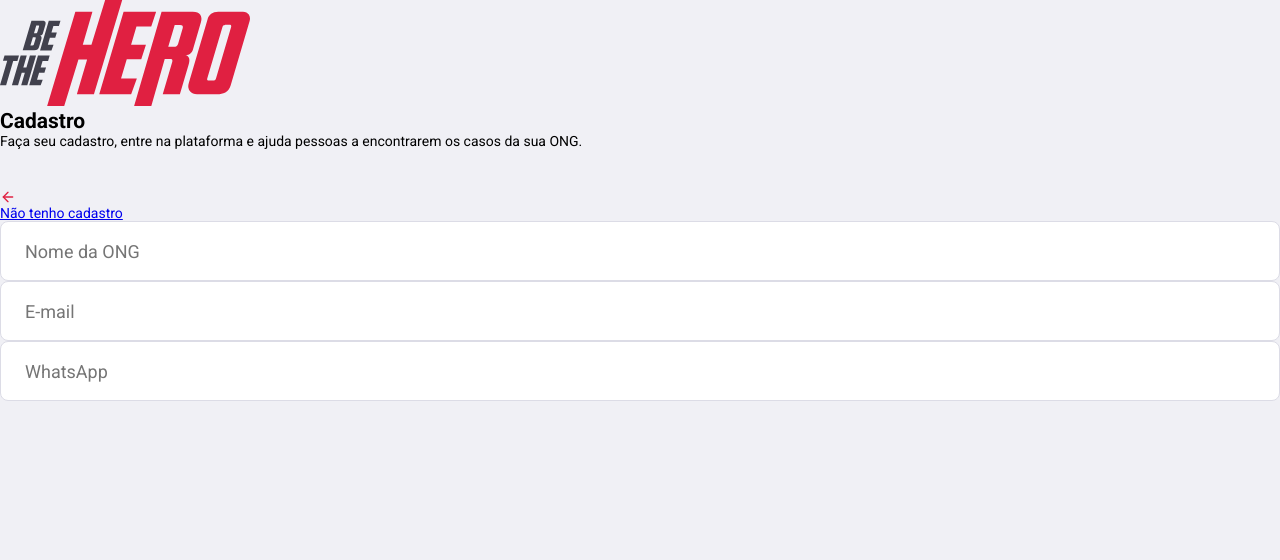
Repository: pedroevangelista/be-the-hero
Page: /register (app in frontend/)
An editor plug-in stored every save of this project. The page is shown before and after the next save, followed by the edit.
The browser window is 1280 px wide. The pictures show the whole page.
The project was rebuilt for these pictures with package versions that can differ from the ones it lists, and the page was loaded fresh each time. Also part of the build but not shown: frontend/src/pages/Logon/styles.css, frontend/src/pages/Logon/index.js, frontend/src/pages/Register/styles.css.

Above is the page before, as saved 2020-03-25 14:05:34.

### frontend/src/App.js
import React from 'react';
import './global.css'
import Routes from './routes';

function App() {

  return (
    <Routes />
  );
}

export default App;

### frontend/src/global.css
@import url('https://fonts.googleapis.com/css?family=Roboto:400,500,700&display=swap');

* {
    margin: 0;
    padding: 0;
    outline: 0;
    box-sizing: border-box;
}

body {
    font: 400 14px Roboto, sans-serif;
    background: #f0f0f5;
    -webkit-font-smoothing: antialiased;
}

input, button, textarea {
    font: 400 18px Roboto, sans-serif;
}

button {
    cursor: pointer
}

form input {
    width: 100%;
    height: 60px;
    color: #333;
    border: 1px solid #dcdce6;
    border-radius: 8px;
    padding: 0 24px;
}

.button {
    width: 100%;
    height: 60px;
    background: #e02041;
    border: 0;
    border-radius: 8px;
    color: #FFF;
    font-weight: 700;
    margin-top: 16px;
    display: inline-block;
    text-align: center;
    text-decoration: none;
    font-size: 18px;
    line-height: 60px;
    transition: filter 0.2s;
}

.button:hover {
    filter: brightness(90%);
}

.back-link {
    display: flex;
    align-items: center;
    margin-top: 40px;
    color: #41414d;
    font-size: 18px;
    text-decoration: none;
    font-weight: 500;
    transition: opacity 0.2s;
}

.back-link svg {
    margin-right: 8px;
}

.back-link a {
    opacity: 0.8;
}

### frontend/src/routes.js
import React from 'react';
import { BrowserRouter, Route, Switch } from 'react-router-dom';

import Logon from './pages/Logon';
import Register from './pages/Register';

export default function Routes() {
    return (
        <BrowserRouter>
            <Switch>
                <Route path="/" exact component={Logon}></Route>
                <Route path="/register" component={Register}></Route>
            </Switch>
        </BrowserRouter>
    );
}

### frontend/src/pages/Register/index.js
import React from 'react';
import { Link } from 'react-router-dom';
import { FiArrowLeft } from 'react-icons/fi';
import './styles.css'
import logoImg from '../../assets/logo.svg';

export default function Register() {
    return (
        <div className="register-container">
            <div className="content">
                <section>
                    <img src={logoImg} alt="Be The Hero" />

                    <h1>Cadastro</h1>
                    <p>Faça seu cadastro, entre na plataforma e ajuda pessoas a encontrarem os casos da sua ONG.</p>

                    <Link to="/register">
                        <FiArrowLeft className="back-link" size="16" color="#e02041" />
                        Não tenho cadastro
                    </Link>
                </section>

                <form action="">
                    <input placeholder="Nome da ONG" />
                    <input type="email" placeholder="E-mail" />
                    <input placeholder="WhatsApp" />
                </form>
            </div>
        </div>
    );

}

Loaded but not shown: frontend/public/index.html (common file); frontend/src/index.js (common file)

After the next save:
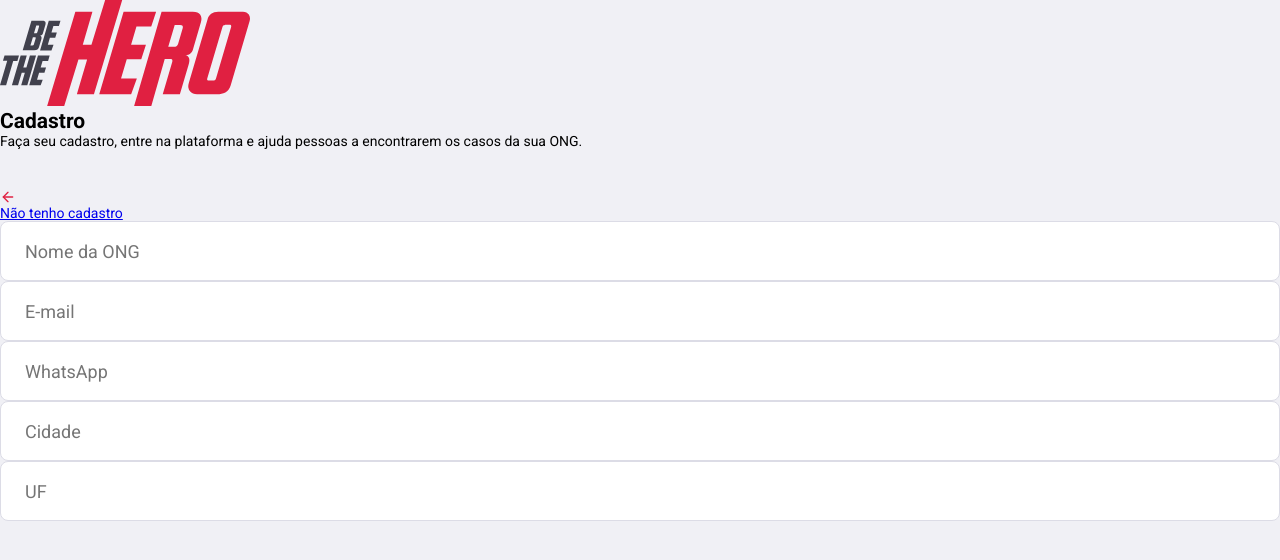
Saved 21 s later.
--- a/frontend/src/pages/Register/index.js
+++ b/frontend/src/pages/Register/index.js
@@ -24,6 +24,11 @@ export default function Register() {
                     <input placeholder="Nome da ONG" />
                     <input type="email" placeholder="E-mail" />
                     <input placeholder="WhatsApp" />
+
+                    <div className="input-group">
+                        <input placeholder="Cidade" />
+                        <input placeholder="UF" />
+                    </div>
                 </form>
             </div>
         </div>
